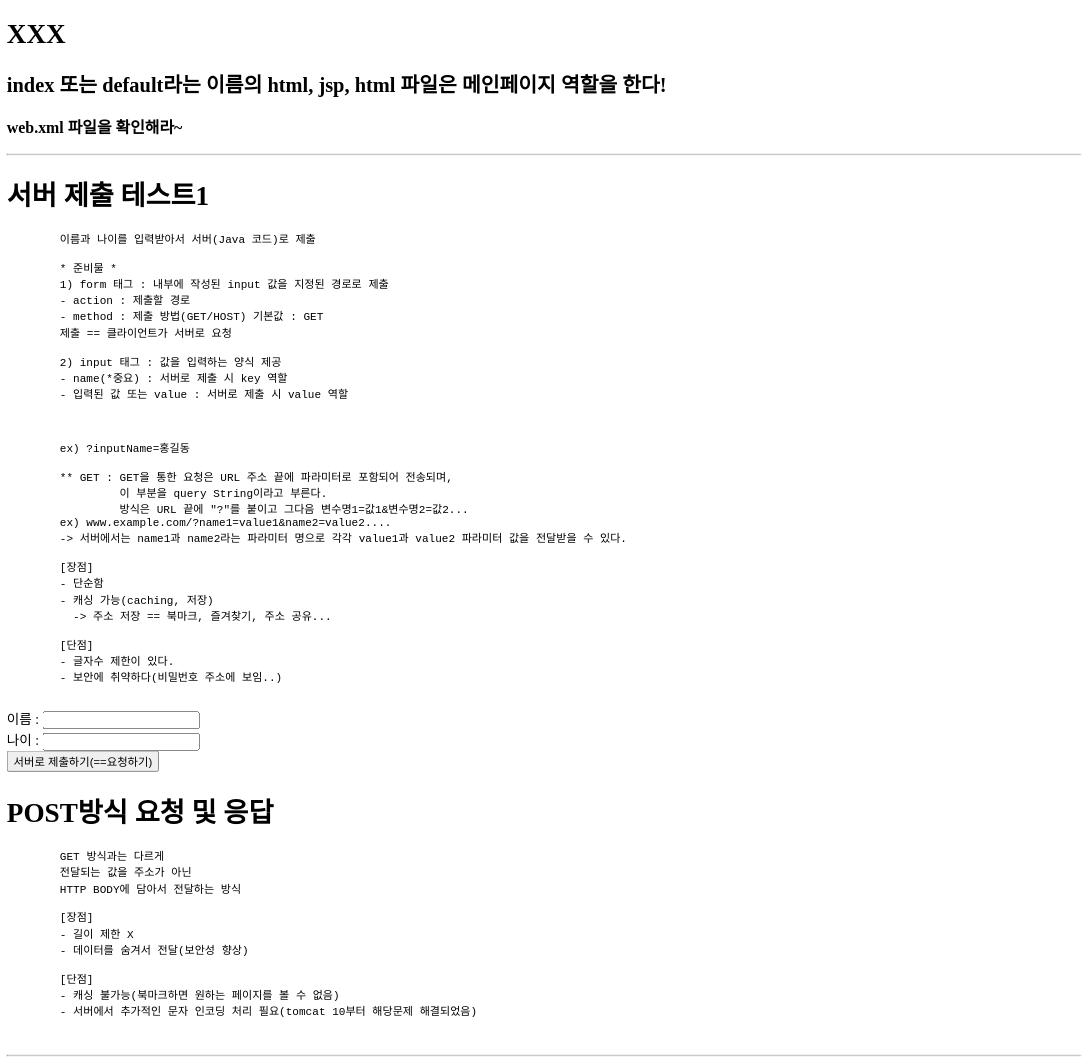
Repository: peb7544/05_Server
Page: ServletProject/src/main/webapp/index.html
An editor plug-in stored every save of this project. The page is shown before and after the next save, followed by the edit.
The browser window is 1280 px wide. The pictures show the whole page, at 85% of full size.

Above is the page before, as saved 2024-03-21 05:20:03.

### ServletProject/src/main/webapp/index.html
<!DOCTYPE html>
<html lang="en">
<head>
    <meta charset="UTF-8">
    <meta name="viewport" content="width=device-width, initial-scale=1.0">
    <title>Servlet 프로젝트</title>
</head>
<body>
    <h1>XXX</h1>
    <h2>index 또는 default라는 이름의 html, jsp, html 파일은 메인페이지 역할을 한다!</h2>
    <h3>web.xml 파일을 확인해라~</h3>

    <hr>

    <h1>서버 제출 테스트1</h1>

    <pre>
        이름과 나이를 입력받아서 서버(Java 코드)로 제출

        * 준비물 *
        1) form 태그 : 내부에 작성된 input 값을 지정된 경로로 제출
        - action : 제출할 경로
        - method : 제출 방법(GET/HOST) 기본값 : GET
        제출 == 클라이언트가 서버로 요청

        2) input 태그 : 값을 입력하는 양식 제공
        - name(*중요) : 서버로 제출 시 key 역할
        - 입력된 값 또는 value : 서버로 제출 시 value 역할

        <!--<input name="inputName" value="홍길동"/>-->

        ex) ?inputName=홍길동

        ** GET : GET을 통한 요청은 URL 주소 끝에 파라미터로 포함되어 전송되며,
                 이 부분을 query String이라고 부른다.
                 방식은 URL 끝에 "?"를 붙이고 그다음 변수명1=값1&변수명2=값2...
        ex) www.example.com/?name1=value1&name2=value2....
        -> 서버에서는 name1과 name2라는 파라미터 명으로 각각 value1과 value2 파라미터 값을 전달받을 수 있다.

        [장점]
        - 단순함
        - 캐싱 가능(caching, 저장)
          -> 주소 저장 == 북마크, 즐겨찾기, 주소 공유...

        [단점]
        - 글자수 제한이 있다.
        - 보안에 취약하다(비밀번호 주소에 보임..)
    </pre>

    <form action="/example1" method="get">
        이름 : <input name="inputName">
        <br>
        나이 : <input type="number" name="inputAge">
        <br>
        <button>서버로 제출하기(==요청하기)</button>
    </form>

    <h1>POST방식 요청 및 응답</h1>

    <pre>
    	GET 방식과는 다르게
    	전달되는 값을 주소가 아닌
    	HTTP BODY에 담아서 전달하는 방식

    	[장점]
    	- 길이 제한 X
    	- 데이터를 숨겨서 전달(보안성 향상)

    	[단점]
    	- 캐싱 불가능(북마크하면 원하는 페이지를 볼 수 없음)
    	- 서버에서 추가적인 문자 인코딩 처리 필요(tomcat 10부터 해당문제 해결되었음)

    </pre>

    <hr>


</body>
</html>

After the next save:
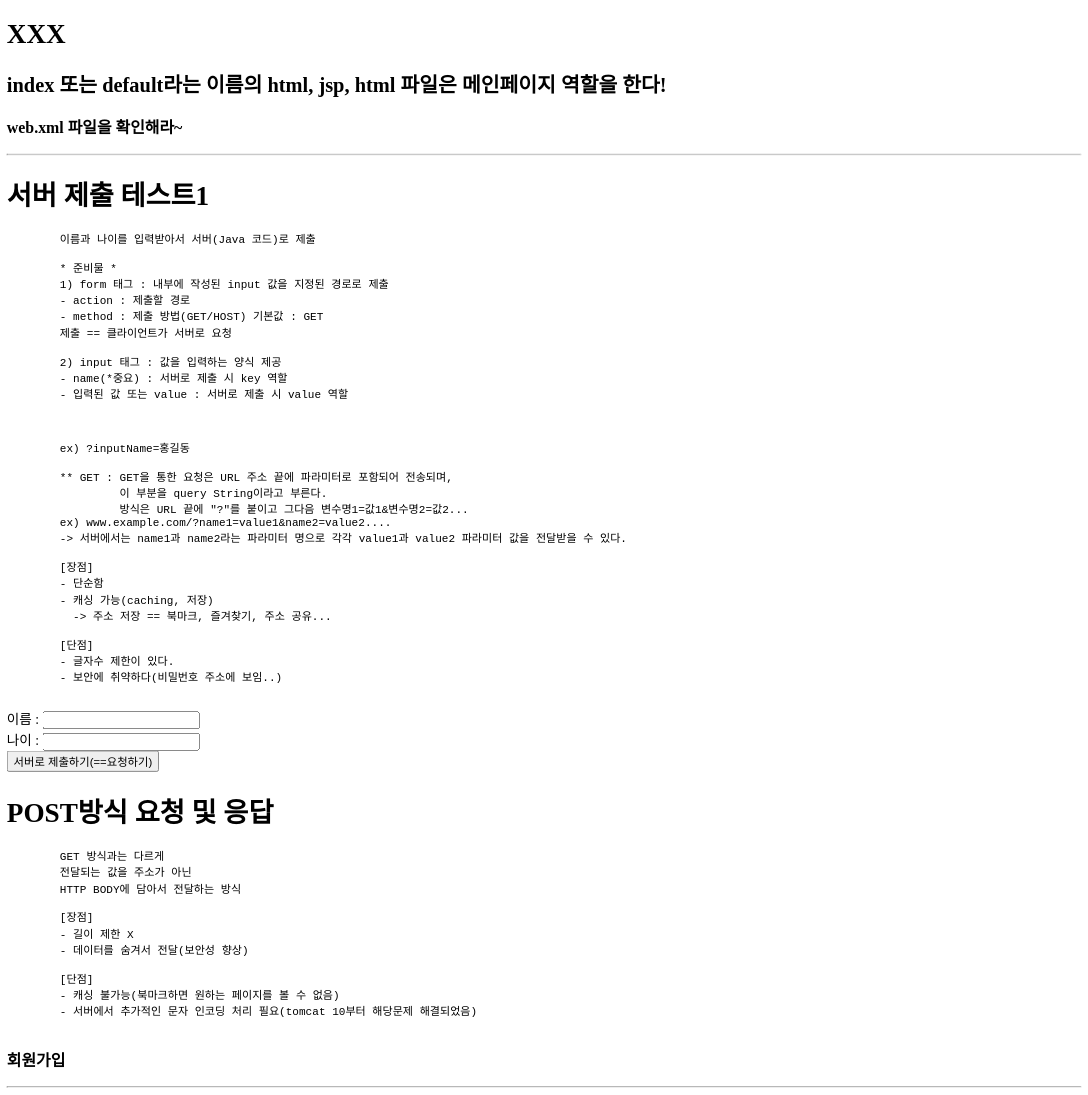
Saved 44 s later.
--- a/ServletProject/src/main/webapp/index.html
+++ b/ServletProject/src/main/webapp/index.html
@@ -69,8 +69,9 @@
     	[단점]
     	- 캐싱 불가능(북마크하면 원하는 페이지를 볼 수 없음)
     	- 서버에서 추가적인 문자 인코딩 처리 필요(tomcat 10부터 해당문제 해결되었음)
+    </pre>
 
-    </pre>
+    <h3>회원가입</h3>
 
     <hr>
 
